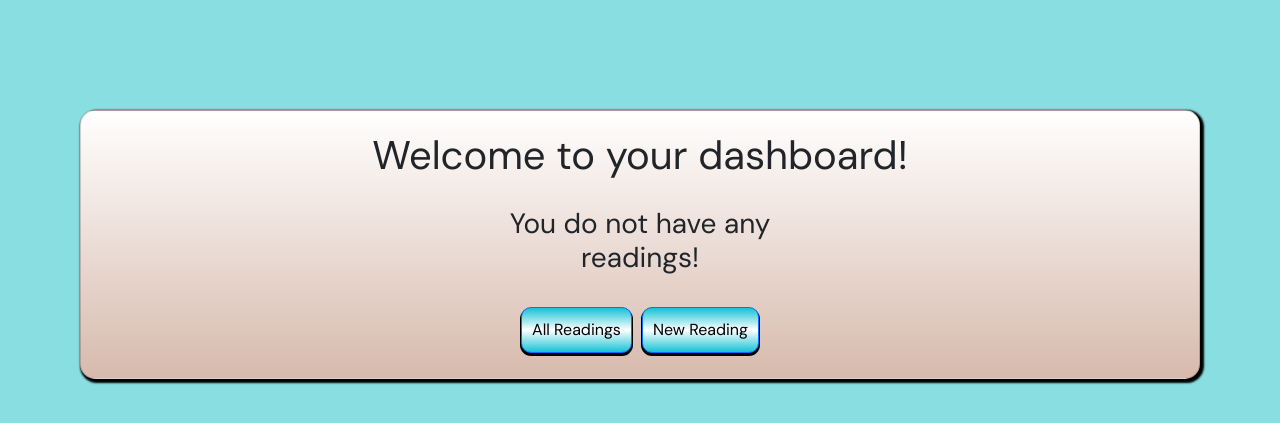
Repository: aiodell/my-glucose-checkup
Page: /dashboard (app in client/)
These files come from the project's save history. The page is drawn as it stood at one moment and after the next save; the edit follows.
The browser window is 1280 px wide. The pictures show the whole page.
The page's requests for data from a server got no answer. The project was rebuilt for these pictures with package versions that can differ from the ones it lists, and the page was loaded fresh each time. No one was signed in, and anything a server would have sent is missing. Also part of the build but not shown: client/src/components/Login.js, client/src/components/Signup.js, client/src/components/AllReadings.js, client/src/components/NewReading.js, client/src/components/Home.js, client/src/components/BglUpdateForm.js, client/src/components/BglEventDetails.js, client/src/components/NewBglEvent.js and 8 more.

Above is the page before, as saved 2022-10-06 07:05:58.

### client/src/index.js
import React from 'react';
import ReactDOM from 'react-dom/client';
import {BrowserRouter as Router} from "react-router-dom";
import 'bootstrap/dist/css/bootstrap.min.css';
import App from './App';

const root = ReactDOM.createRoot(document.getElementById('root'));
root.render(
  <React.StrictMode>
  <Router>
    <App />
  </Router>
  </React.StrictMode>
);

### client/src/App.js
import { useState, useEffect } from "react"
import { Switch, Route, useHistory } from "react-router-dom"
import NavBar from "./components/NavBar"
import Login from "./components/Login"
import Signup from "./components/Signup"
import Dashboard from "./components/Dashboard"
import AllReadings from "./components/AllReadings"
import NewReading from "./components/NewReading"
import Home from "./components/Home"
import BglEventDetails from "./components/BglEventDetails"
import NewBglEvent from "./components/NewBglEvent"
import Events from "./components/Events"
import UserProfile from "./components/UserProfile"
import CreateProfile from "./components/CreateProfile"
import AllUsers from "./components/AllUsers"
import './styles.css'

const App = () => {
  const [currentUser, setCurrentUser] = useState("")
  const [readings, setReadings] = useState([])
  const [events, setEvents] = useState([])
  const [users, setUsers] = useState([])
  const [following, setFollowing] = useState([])
  const history = useHistory()

  useEffect( () => {
    fetch(`/auto-login`)
    .then((r) => {
      if (r.ok) {
        r.json().then((user) => setCurrentUser(user))
      }else{
        history.push("/login")
      }
    })
  }, [ ])

	useEffect(() => {
		fetch("/events")
		.then((r) => r.json())
		.then(setEvents)
	}, [])

  useEffect(() => {
		fetch("/bgls")
		.then((r) => r.json())
		.then(setReadings)
	}, [])

  useEffect(() => {
    fetch("/users")
    .then((r) => r.json())
    .then(setUsers)
  }, [])

  useEffect(() => {
    fetch("/relationships")
    .then((r) => r.json())
    .then(setFollowing)
  }, [])

  const updateUser = (user) => setCurrentUser(user)

  const addNewReading = (newReading) => {setReadings(readings => [...readings, newReading])}

  const deleteReading = (deletedReading) => {
    setReadings((readings) => readings.filter((reading) => reading.id !== deletedReading))
  }

  const deleteEvent = (deletedEvent) => {
    setEvents((events) => events.filter((event) => event.id !== deletedEvent))
  }

  const updateBgl = (updatedBgl) => {
    setReadings((readings) => readings.map(bgl => bgl.id === updatedBgl.id ? updatedBgl : bgl))
  }

  // add follower to list
  const addNewFollow = (newFollow) => {
    setFollowing(following => [...following, newFollow])
    const copyOfCurrentUser = {...currentUser}
    copyOfCurrentUser.followees.push(newFollow)
    setCurrentUser(copyOfCurrentUser)
  }

  // delete follower from the list
  const deleteFollow = (deletedFollow) => {
    setFollowing((following) => following.filter((following) => following.id !== deletedFollow))
  }

  const removeCurrentFollowing = (deletedFollowee) => {
    const copyOfCurrentUser = {...currentUser}
    copyOfCurrentUser.followees = copyOfCurrentUser.followees.filter(followee => followee.followee_id !== deletedFollowee.followee_id)
    setCurrentUser(copyOfCurrentUser)
  }

   return (
   <div>
    <NavBar
      currentUser = {currentUser}
      updateUser = {updateUser}
    />
    <Switch>
      <Route exact path = "/login">
        <Login updateUser = {updateUser}/>
      </Route>
      <Route exact path = "/signup">
        <Signup />
      </Route>
      <Route exact path = "/dashboard">
        <Dashboard
        currentUser = {currentUser}
        readings = {readings}
        setReadings = {setReadings}
        following = {following}  // will be used to display the highs and lows of a user being followed
        users = {users}
        />
      </Route>
      <Route exact path= "/bgls/all">
        <AllReadings
        readings = {readings}
        setReadings = {setReadings}
        />
      </Route>
      <Route exact path= "/bgls/new">
        <NewReading addNewReading= {addNewReading} />
      </Route>
      <Route exact path= "/bgls/:id/">
        <BglEventDetails
          updateBgl = {updateBgl}
          deleteReading= {deleteReading}
          readings = {readings}
        />
      </Route>
      <Route exact path="/bgls/:id/bgl_events/new">
        <NewBglEvent events= {events}/>
      </Route>
      <Route exact path="/events">
        <Events
          deleteEvent = {deleteEvent}
          events = {events}
          setEvents = {setEvents}
        />
      </Route>
      <Route exact path= "/me">
        <UserProfile
        currentUser = {currentUser}
        users = {users}
        />
      </Route>
      <Route exact path = "/create-profile">
        <CreateProfile />
      </Route>
      <Route exact path= "/users">
        <AllUsers
        currentUser = {currentUser}
        users = {users}
        addNewFollow = {addNewFollow}
        deleteFollow = {deleteFollow}
        removeCurrentFollowing ={removeCurrentFollowing}
        />
      </Route>
      <Route exact path="/">
        <Home
        currentUser = {currentUser}
        setCurrentUser = {setCurrentUser}/>
      </Route>
    </Switch>
   </div>
  )
}

export default App;

### client/src/components/NavBar.js
import { useHistory, NavLink } from 'react-router-dom'
import Container from "react-bootstrap/Container"
import Nav from 'react-bootstrap/Nav';
import Navbar from 'react-bootstrap/Navbar';
import '../styles.css';

const NavBar = ({updateUser, currentUser}) => {
	const history = useHistory()

	// log out only available when logged in
	const handleLogout = (e) => {
		fetch(`/logout`, {
			method: 'DELETE'
		})
		.then(() => {
			updateUser("")
			history.push('/')
		})
	}

	return(
		<>
		{currentUser ?
			<Navbar bg="dark" variant="dark" expand="lg">
			<Container className="nav-bar">
				<Navbar.Brand>My Glucose Checkup</Navbar.Brand>
				<Navbar.Toggle aria-controls="basic-navbar-nav" />
				<Navbar.Collapse id="basic-navbar-nav"></Navbar.Collapse>
					<Nav className="me-auto">
						<NavLink className="nav-link" to="/dashboard">
							<Nav.Item>Dashboard</Nav.Item>
						</NavLink>
						<NavLink className="nav-link" to="/bgls/all">
							<Nav.Item>My BGLs</Nav.Item>
						</NavLink>
						<NavLink className="nav-link" to="/bgls/new">
							<Nav.Item>New Reading</Nav.Item>
						</NavLink>
						<NavLink className="nav-link" to="/me">
							<Nav.Item>My Account</Nav.Item>
						</NavLink>
						<NavLink className="nav-link" to="/users">
							<Nav.Item>All Users</Nav.Item>
						</NavLink>
						<Nav.Link onClick={handleLogout}>Logout</Nav.Link>
					</Nav>
			</Container>
		</Navbar> : null }
		</>
	)
}

export default NavBar

### client/src/components/Dashboard.js
import { useState, useEffect } from "react"
import {useHistory, Link, NavLink } from "react-router-dom"
import Container from "react-bootstrap/Container"
import Card from "react-bootstrap/Card"
import Button from "react-bootstrap/Button"
import Col from 'react-bootstrap/Col';
import Row from 'react-bootstrap/Row';

const Dashboard = ({currentUser}) => {
	const[readings, setReadings] = useState([])
	const[errors, setErrors] = useState([])
	const history= useHistory()

	// get the bgls for the user
	useEffect(() => {
		fetch("/bgls")
		.then(r => {
			if(r.ok){
				r.json().then(data => setReadings(data))
			}else{
				r.json().then(data => {
					setErrors(data.errors)
					history.push("/login")
				})
			}
		})
	}, [ ])

	// sort the highest, lowest, and most current value
	const lowestValue = [...readings].sort((a,b) => a.value - b.value)
	const highestValue = [...readings].sort((a,b) => b.value - a.value)
	const highestId =[...readings].sort((a,b) => b.id - a.id)

	const average = (arr) => {
		const { length } = arr
		return arr.reduce((acc, val) => {
			return acc + (val.value/length)
		}, 0)
	}

	const renderAverage = parseInt(average(readings))

	const renderLowest = lowestValue.slice(0,1).map((num) => {
		return(
			<div>
				<h2 key={num.id}> Lowest: {num.value}</h2>
			<Link to= {`/bgls/${num.id}`} className="small-link"> View Details</Link>
			</div>
		)
	})

	const renderHighest = highestValue.slice(0,1).map((num)=> {
		return(
			<div>
				<h2 key={num.id}> Highest: {num.value}</h2>
				<Link to= {`/bgls/${num.id}`} className="small-link"> View Details</Link>
			</div>
		)
	})

	const renderCurrent = highestId.slice(0,1).map((num) => {
		return(
		<>
			<Card className="current-bgl">
				<h1 className="current-txt" key={num.id}> {num.value} </h1>
			</Card>
			<Link to= {`/bgls/${num.id}`} className="small-link"> View Details</Link>
		</>
		)
	})

	// will return a dashboard alongside any highs and lows of followed users
	return(
		<Container className="container-style">
			{errors ? errors.map(e => <section>{e}</section>):null}
			<Card className="dash-container">
				{currentUser.first_name ? <h1 className="dash-title">
					Welcome to your dashboard, {currentUser.first_name} </h1>
					: <h1>Welcome to your dashboard!</h1> }
				{currentUser.admin ?
				<>
					<Row>
						<p>You are in admin mode</p>
							{renderCurrent}
					</Row>
						<Row className="low-high-avg">
							<Col>{renderLowest}</Col>
							<Col>
								{renderAverage === 0 ? <h3> You do not have any readings!</h3> :
								 	<h2> Average: {renderAverage}</h2>
								 }
							</Col>
							<Col>{renderHighest}</Col>
						</Row>
						<div>
							<NavLink to="/events">
								<Button className="btns" >All Events</Button>
							</NavLink>
							<NavLink to="/bgls/all">
								<Button className="btns">All Test Readings</Button>
							</NavLink>
							<NavLink to="/bgls/new">
								<Button className="btns">New Test Reading</Button>
							</NavLink>
						</div>
						<div>
							{/* Add updates from followed users here */}
						</div>
				</> :
				<>
					<Row>
						{renderCurrent}
					</Row>
						<Row className="low-high-avg">
							<Col>{renderLowest}</Col>
							<Col>
								{renderAverage === 0 ? <h3> You do not have any readings!</h3> :
								 	<h2> Average: {renderAverage}</h2>
								}
							</Col>
							<Col>{renderHighest}</Col>
						</Row>
						<div>
							<NavLink to="/bgls/all">
								<Button className="btns">All Readings</Button>
							</NavLink>
							<NavLink to="/bgls/new">
								<Button className="btns">New Reading</Button>
							</NavLink>
						</div>
				</> }
			</Card>
		</Container>
	)
}

export default Dashboard

### client/src/styles.css
@import url('https://fonts.googleapis.com/css2?family=DM+Sans&display=swap');
@import url('https://fonts.googleapis.com/css2?family=Carter+One&family=DM+Sans&display=swap');

body {
  font-family: 'DM Sans', sans-serif;
  background-color:	#89dee2;
  margin: 0px;
}

/*Universal */
.btns {
  background-image: linear-gradient(#16c2d5, #ffffff,#16c2d5);
  color: rgb(0, 0, 0);
  padding: 10px;
  margin: 5px;
  text-align: center;
  border-radius: 10px;
  box-shadow: 0px 2px 0px 1px black;
  text-decoration: none;
}

.container-style{
  text-align: center;
  padding: 10px;
  position: relative;
}

.navbar-brand{
  font-family: 'Carter One', cursive;
  font-size: 2rem;
  text-align:left
}

/*Home Page */
.Home {
  text-align: center;
}

.home-background {
  background-color: #88c7b2;
  min-height: 100vh;
  display: flex;
  flex-direction: column;
  align-items: center;
  justify-content: center;
  font-size: calc(10px + 2vmin);
  color: white;
}

.welcome {
  font-family: 'Carter One', cursive;
  text-shadow: 2px 2px black;
  text-align: center;
}

.home-btn-div {
  align-content: center;
}

/*Forms */
.form-style{
  margin-top: 100px;
  border-radius: 20px;
  box-shadow: 0px 2px 0px 1px black;
  background-image: linear-gradient(#67eabe, #ffffff);
  color: rgb(0, 0, 0);
}
.title{
  padding: 20px;
  position: relative;
}

/*Dashbord */
.dash-container{
  margin-top: 100px;
  padding: 20px;
  background-image: linear-gradient(#ffffff,#d7baad);
  box-shadow: 2px 2px 2px 2px black;
  border-radius: 15px;
  position: relative;
}

.current-bgl{
  border-radius: 50%;
  height: 150px;
  width: 150px;
  vertical-align: middle;
  left: 44%;
  position: relative;
  box-shadow: 2px 2px 2px 2px black;
  background-image: linear-gradient(#67eabe, #ffffff);
}

.current-txt{
  text-align: center;
  font-size: 4rem;
  padding-top: 40px;
  padding-left: 5px;
  position: relative;
}

.low-high-avg{
  padding: 20px;
  position: relative;
}

.dash-title{
  font-family: 'Carter One', cursive;
  text-shadow: 2px 2px 2px black;
  color: white
}

/*Events */

.list{
  list-style: none;
  padding: 5px;
  font-size: 150%;
}

.event-container-style{
  text-align: center;
  padding: 10px;
  position: relative;
  margin: 5px;
}

.delete-btn{
  background-image: linear-gradient(#67eabe, #ffffff);
  color: rgb(0, 0, 0);
  padding: 5px;
  margin: 5px;
  text-align: center;
  box-shadow: 0px 2px 0px 1px black;
  text-decoration: none;
}
.event-card{
  vertical-align: middle;
  left: 39%;
  position: relative;
}

/*All bgls*/
.all-bgl-container-style{
  align-content: center;
  margin-top: 20px;
  text-align: center;
  display: relative;
  position:relative;
  max-width: 50%;
}

.link-text-style{
  text-decoration: none;
}

.pages {
  display: flex;
  justify-content: center;
  margin-top: 20px;
}

.bgl-card{
  margin: 10px;
  text-decoration: none;
  color: black;
  box-shadow: 0px 2px 0px 2px black;
}

.card-title{
  font-size: 150%;
}

.search {
  width: 50%;
  text-align: center;

  position: relative;
  display: block;
  margin: auto;
  padding: 2rem;
}

.searchTerm {
  text-align: center;
  width: 100%;
  border: 3px solid #004e59;
  padding: 5px;
  height: 3rem;
  border-radius: 5px;
  outline: none;
  font-size: 1.5rem;
}

/* Profile Completion Form */
.form-title{
  text-align: center;
  margin-top: 15px;
}

.profile-completion{
  text-align: center;
  padding: 15px;
  margin: 10px;
  box-shadow: 1px 2px 0px 1px black;
  background-image: linear-gradient(#eaeaea, #ffffff);
  color: rgb(0, 0, 0);
}

.profile-label{
  margin-bottom: 5px;
  margin-top: 10px;
}

.form-check{
  margin-top: 5px
}

/*profile container*/
.profile-container{
  align-content: center;
  margin-top: 20px;
  text-align: center;
  display: relative;
  position:relative;
  max-width: 50%;
}

Loaded but not shown: client/public/index.html (common file)

After the next save:
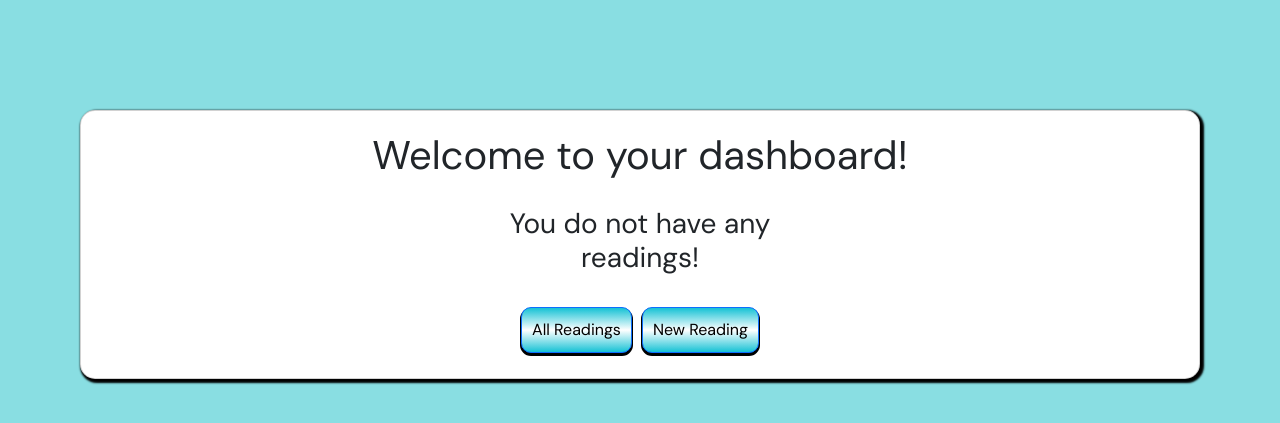
Saved 11 s later.
--- a/client/src/styles.css
+++ b/client/src/styles.css
@@ -74,7 +74,7 @@ body {
 .dash-container{
   margin-top: 100px;
   padding: 20px;
-  background-image: linear-gradient(#ffffff,#d7baad);
+  background-image: linear-gradient(#d7baad);
   box-shadow: 2px 2px 2px 2px black;
   border-radius: 15px;
   position: relative;
